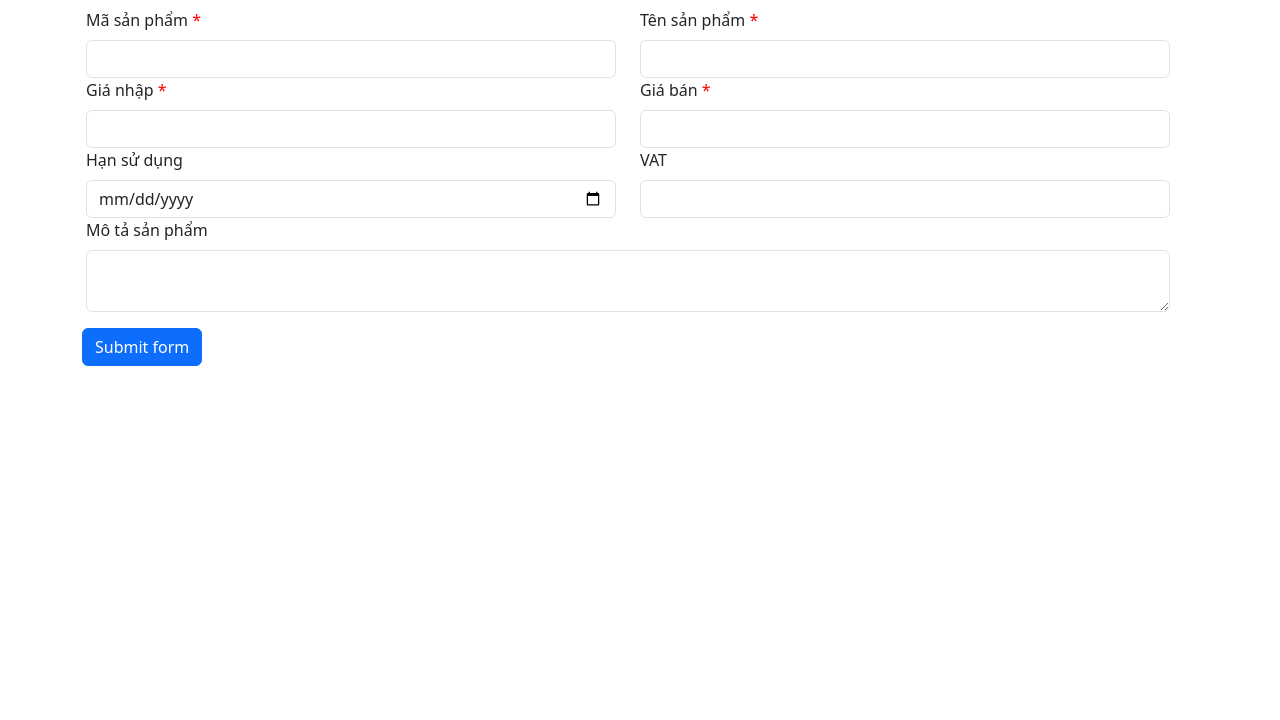
Repository: PhiKhongHoang/JSP-Servlet
Page: http://localhost/Bai10_BaiTapBatLoi/Product.jsp
The author's editor kept a copy of each file at every save. The page is drawn from the files as they stood at one save, then again after the next save.
The browser window is 1280 px wide. The pictures show the whole page.
The page is served by Tomcat 9.

Above is the page before, as saved 2024-02-17 12:50:07.

After the next save:
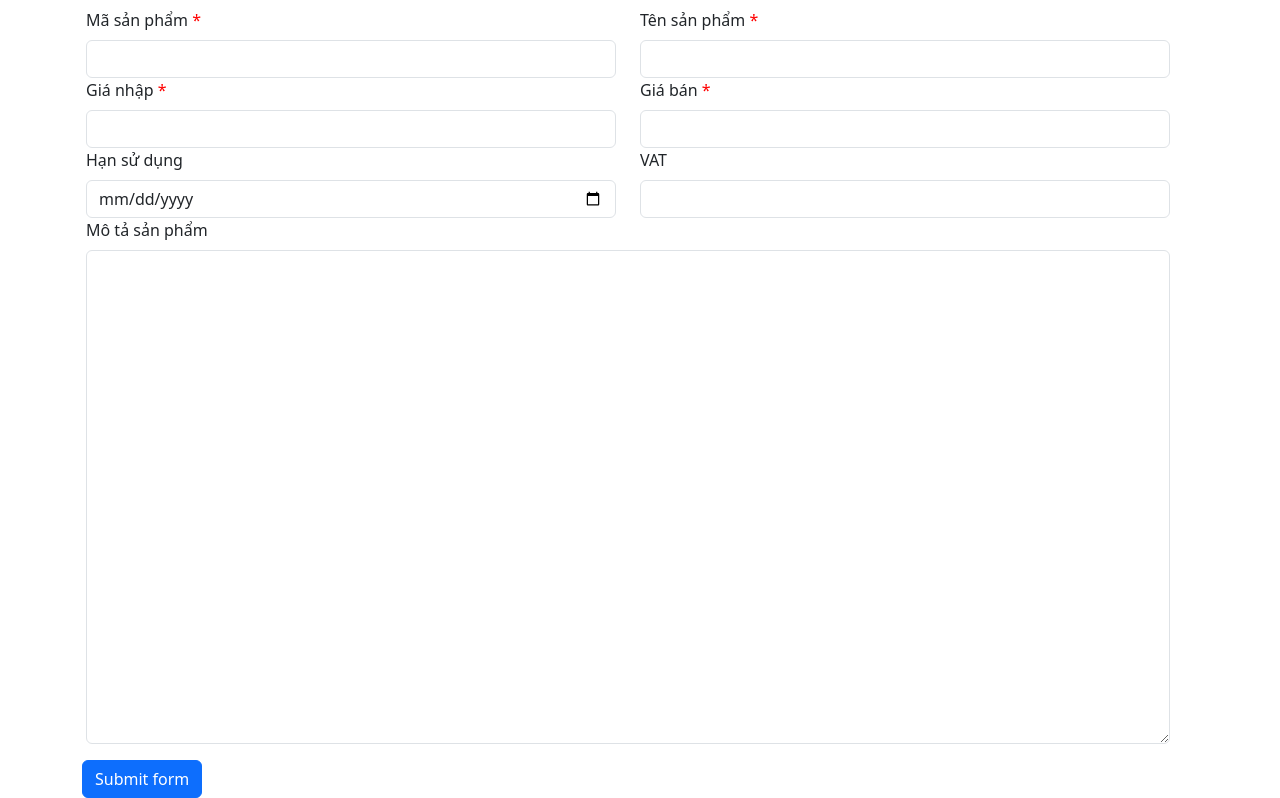
Saved 14 s later.
--- a/Bai10_BaiTapBatLoi/src/main/webapp/Product.jsp
+++ b/Bai10_BaiTapBatLoi/src/main/webapp/Product.jsp
@@ -75,7 +75,7 @@
 					<label for="moTa" class="form-label">
 						Mô tả sản phẩm
 					</label>
-					<textarea class="form-control" rows="" cols="" id="moTa" name="moTa"></textarea>
+					<textarea class="form-control" rows="20" cols="" id="moTa" name="moTa"></textarea>
 				</div>
 			</div>
 			<div class="col-12">
